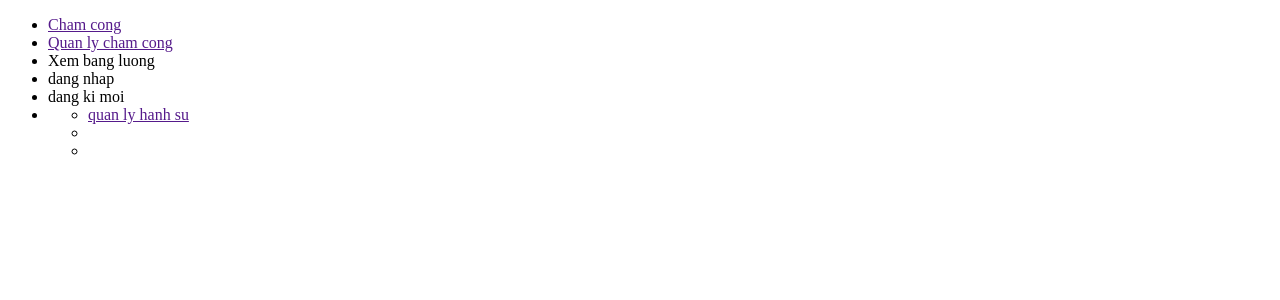
Repository: LDDUNG2003/a
Page: index.html
The author's editor kept a copy of each file at every save. The page is drawn from the files as they stood at one save, then again after the next save.
The browser window is 1280 px wide. The pictures show the whole page.

Above is the page before, as saved 2023-10-13 23:07:27.

After the next save:
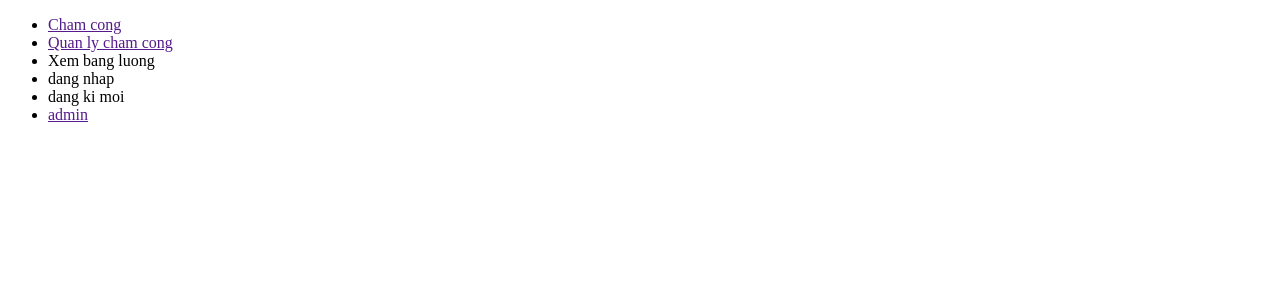
Saved 2 min 35 s later.
--- a/index.html
+++ b/index.html
@@ -23,19 +23,12 @@
                         <a href="" class="navbar--link"></a>dang ki moi</li>
                     <!-- admin menu -->
                     <li class="navBar--items">
-                        <ul class="account-list">
-                            <li class="account--item"><a href="" class="accound--link">quan ly hanh su</a></li>
-                            <li class="account--item">
-                                <a href="" class="accound--link"></a>
-                            </li>
-                            <li class="account--item">
-                                <a href="" class="accound--link"></a>
-                            </li>
-                        </ul>
+                        <a href="" class="navBar--link">admin</a>
                     </li>
                 </ul>
             </nav>
         </header>
+
     </div>
 </body>
 
